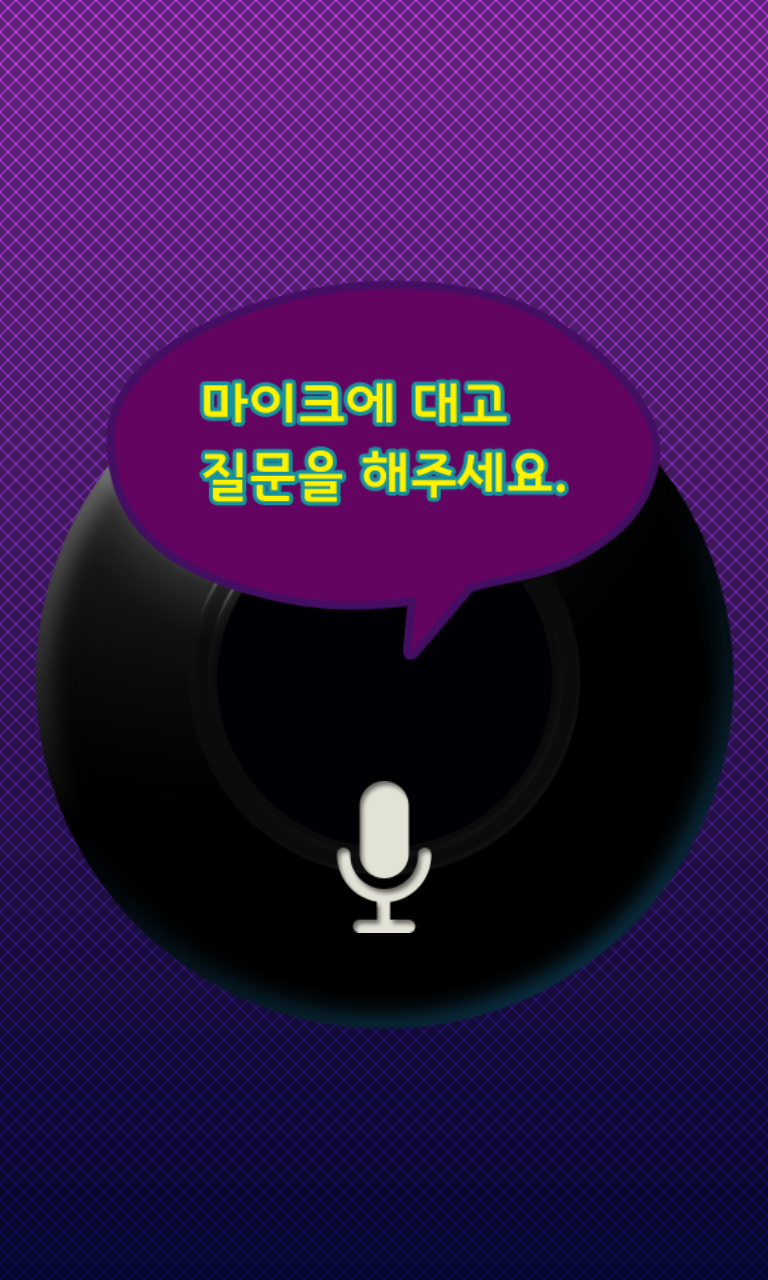
Repository: LimHeeJho/masicBall
Layout: MagicBall/res/layout/activity_main.xml
These files come from the project's save history. The layout is drawn as it stood at one moment and after the next save; the edit follows.
It is drawn on a 768 x 1280 px phone screen (xhdpi) without system bars, with theme AppTheme; the app's code is not run.

Above is the layout before, as saved 2013-07-17 08:20:18.

### MagicBall/res/layout/activity_main.xml
<RelativeLayout xmlns:android="http://schemas.android.com/apk/res/android"
    xmlns:tools="http://schemas.android.com/tools"
    android:layout_width="fill_parent"
    android:layout_height="fill_parent"
    tools:context=".MainActivity" >

    <RelativeLayout
        android:layout_width="fill_parent"
        android:layout_height="fill_parent"
        android:layout_alignParentLeft="true"
        android:layout_alignParentTop="true"
        android:background="@drawable/background" >

        <RelativeLayout
            android:layout_width="350dp"
            android:layout_height="400dp"
            android:layout_marginTop="140dp"
            android:layout_centerHorizontal="true"
             >

            <ImageView
                android:id="@+id/imageView1"
                android:layout_width="fill_parent"
                android:layout_height="fill_parent"
                android:layout_alignParentTop="true"
                android:layout_centerHorizontal="true"
                android:src="@drawable/ball" />

                    <ImageView
            android:id="@+id/guide1"
            android:layout_width="wrap_content"
            android:layout_height="wrap_content"
            android:layout_alignParentTop="true"
            android:layout_centerHorizontal="true"
            android:src="@drawable/guide_mod" />

        <ImageView
            android:id="@+id/mic"
            android:layout_width="wrap_content"
            android:layout_height="wrap_content"
            android:layout_below="@+id/guide1"
            android:layout_centerHorizontal="true"
            android:layout_marginTop="60dp"
            android:src="@drawable/mic" />
        </RelativeLayout>
    </RelativeLayout>

</RelativeLayout>

Loaded but not shown: MagicBall/res/values/styles.xml (common file); MagicBall/res/values-v11/styles.xml (common file); MagicBall/res/values-v14/styles.xml (common file)

After the next save:
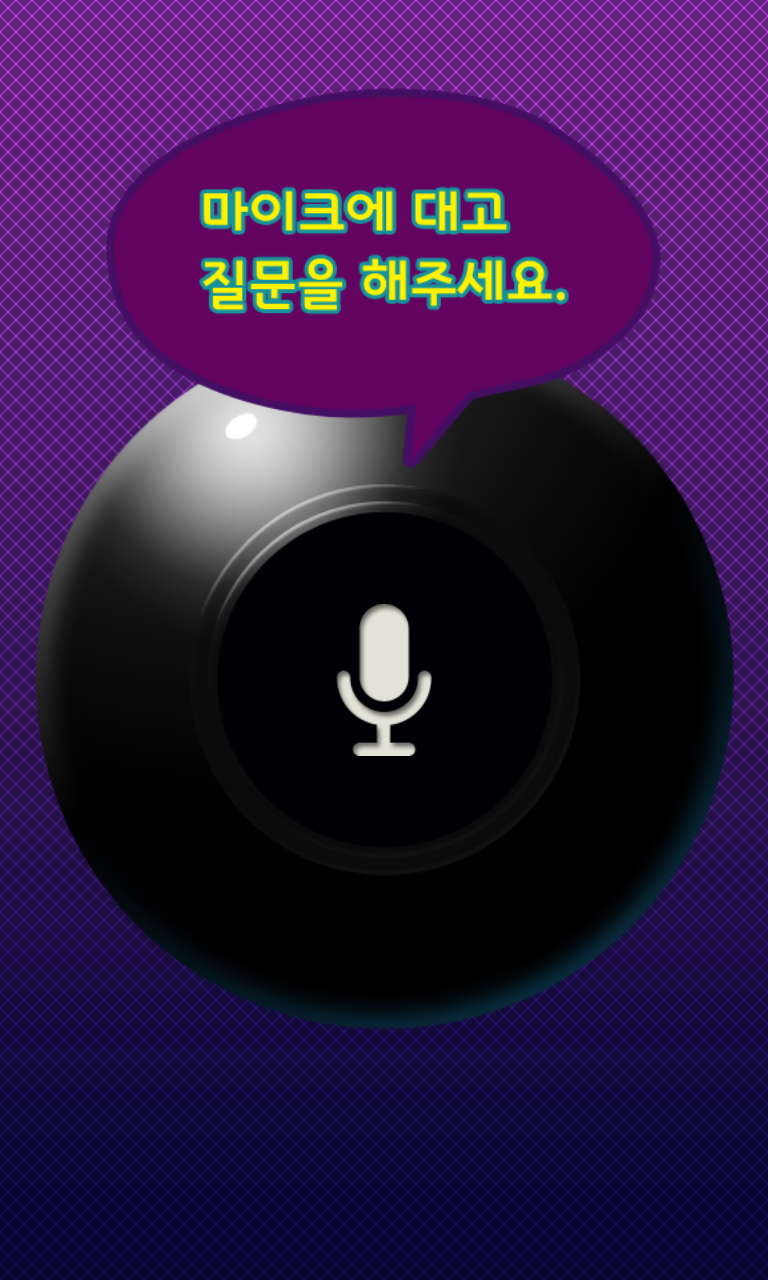
Saved 33 s later.
--- a/MagicBall/res/layout/activity_main.xml
+++ b/MagicBall/res/layout/activity_main.xml
@@ -14,9 +14,8 @@
         <RelativeLayout
             android:layout_width="350dp"
             android:layout_height="400dp"
-            android:layout_marginTop="140dp"
             android:layout_centerHorizontal="true"
-             >
+            android:layout_marginTop="140dp" >
 
             <ImageView
                 android:id="@+id/imageView1"
@@ -26,23 +25,24 @@
                 android:layout_centerHorizontal="true"
                 android:src="@drawable/ball" />
 
-                    <ImageView
+            <ImageView
+                android:id="@+id/mic"
+                android:layout_width="wrap_content"
+                android:layout_height="wrap_content"
+                android:layout_centerHorizontal="true"
+                android:layout_centerVertical="true"
+                android:src="@drawable/mic" />
+
+        </RelativeLayout>
+
+        <ImageView
             android:id="@+id/guide1"
             android:layout_width="wrap_content"
             android:layout_height="wrap_content"
             android:layout_alignParentTop="true"
             android:layout_centerHorizontal="true"
+            android:layout_marginTop="44dp"
             android:src="@drawable/guide_mod" />
-
-        <ImageView
-            android:id="@+id/mic"
-            android:layout_width="wrap_content"
-            android:layout_height="wrap_content"
-            android:layout_below="@+id/guide1"
-            android:layout_centerHorizontal="true"
-            android:layout_marginTop="60dp"
-            android:src="@drawable/mic" />
-        </RelativeLayout>
     </RelativeLayout>
 
 </RelativeLayout>
